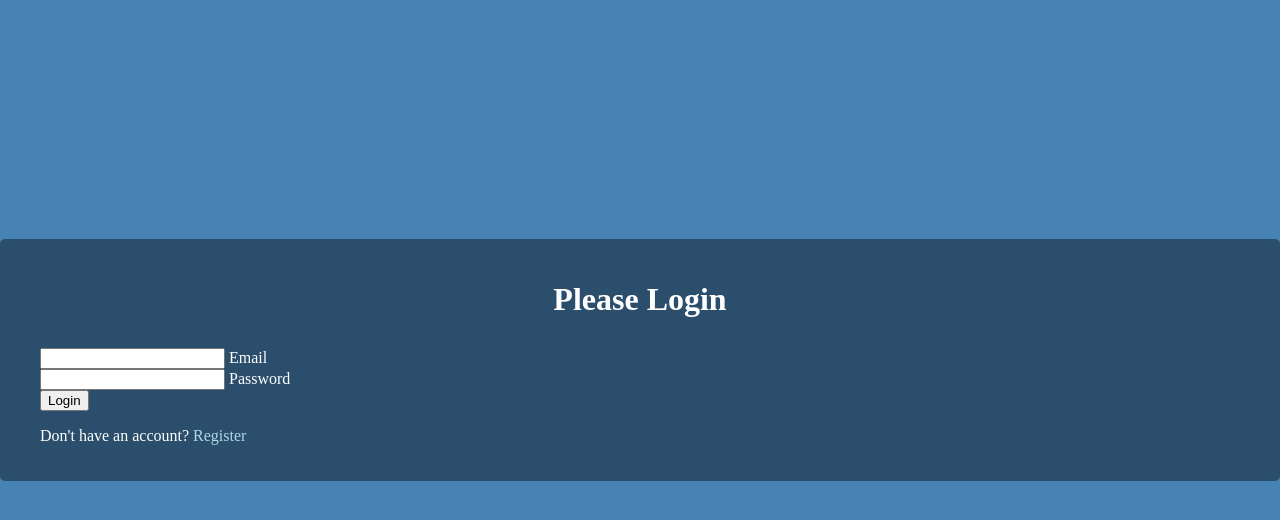
Repository: MMXiaohang/50projects50days-copy
Page: 8-form-input-wave/1-index.html
These files come from the project's save history. The page is drawn as it stood at one moment and after the next save; the edit follows.
The browser window is 1280 px wide. The pictures show the whole page.
Some web fonts or font styles are not loaded; a fallback is used.

Above is the page before, as saved 2022-07-05 23:59:33.

After the next save:
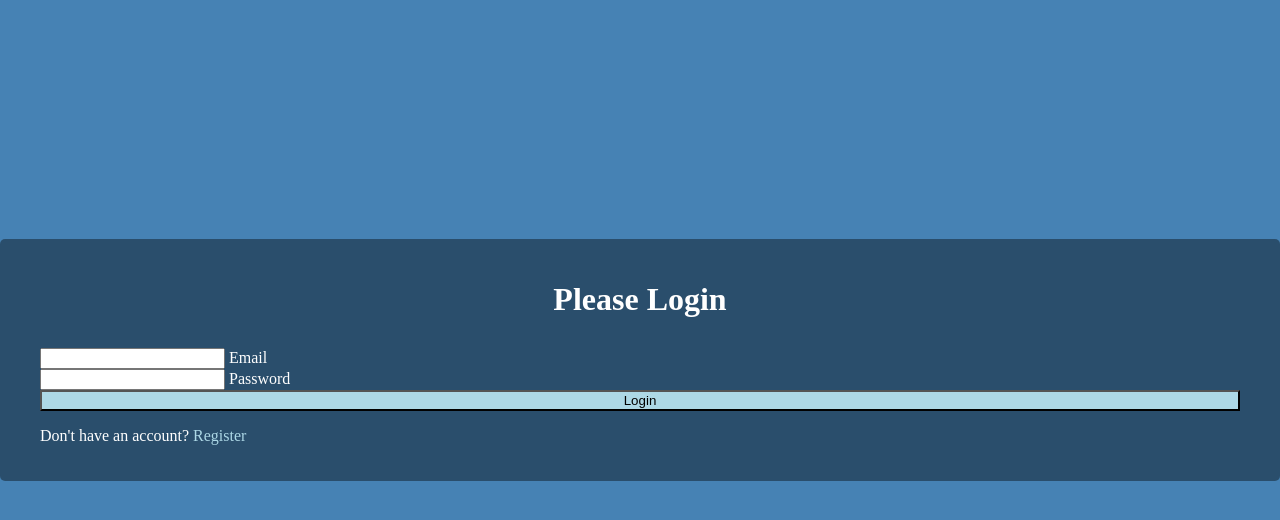
Saved 15 s later.
--- a/8-form-input-wave/1-style.css
+++ b/8-form-input-wave/1-style.css
@@ -34,5 +34,6 @@
 .btn {
     cursor: pointer;
     display: inline-block;
-
+    width: 100%;
+    background-color: lightblue;
 }
